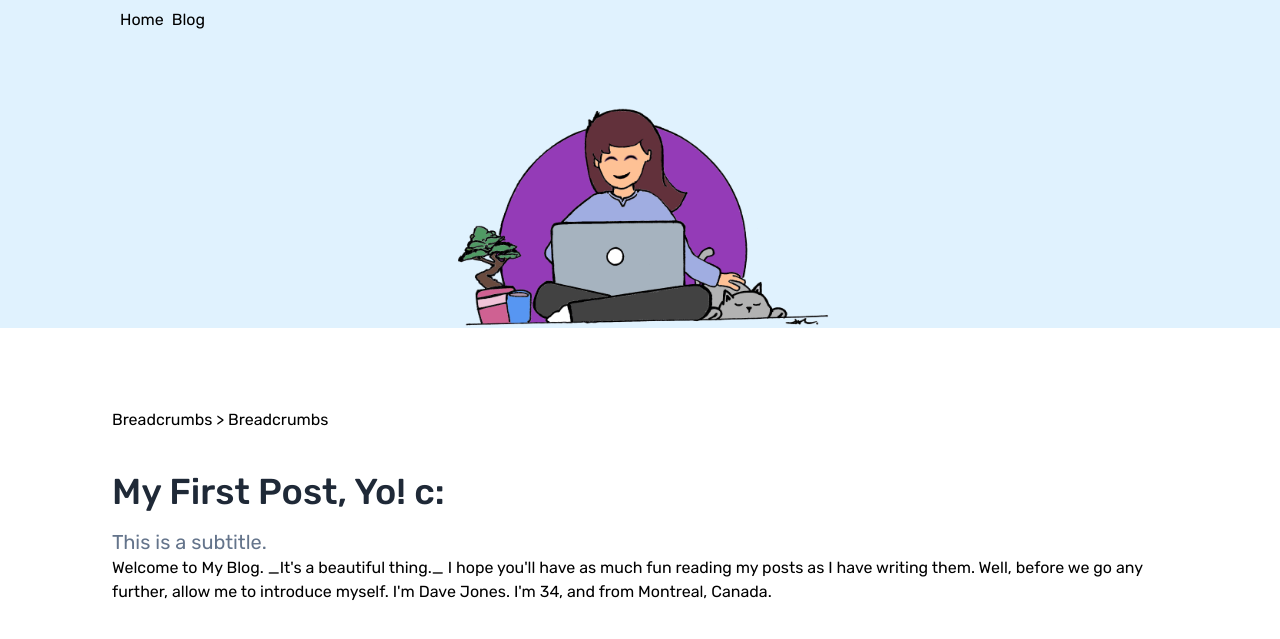
Repository: Risclover/markdown-blog
Page: /posts/1
An editor plug-in stored every save of this project. The page is shown before and after the next save, followed by the edit.
The browser window is 1280 px wide. The pictures show the whole page.
The project was rebuilt for these pictures with package versions that can differ from the ones it lists, and the page was loaded fresh each time. Also part of the build but not shown: src/components/BlogPost.js, src/pages/Home/Categories.js, src/pages/Home/Home.js, src/ErrorBoundary.js.

Above is the page before, as saved 2023-06-30 00:27:49.

After the next save:
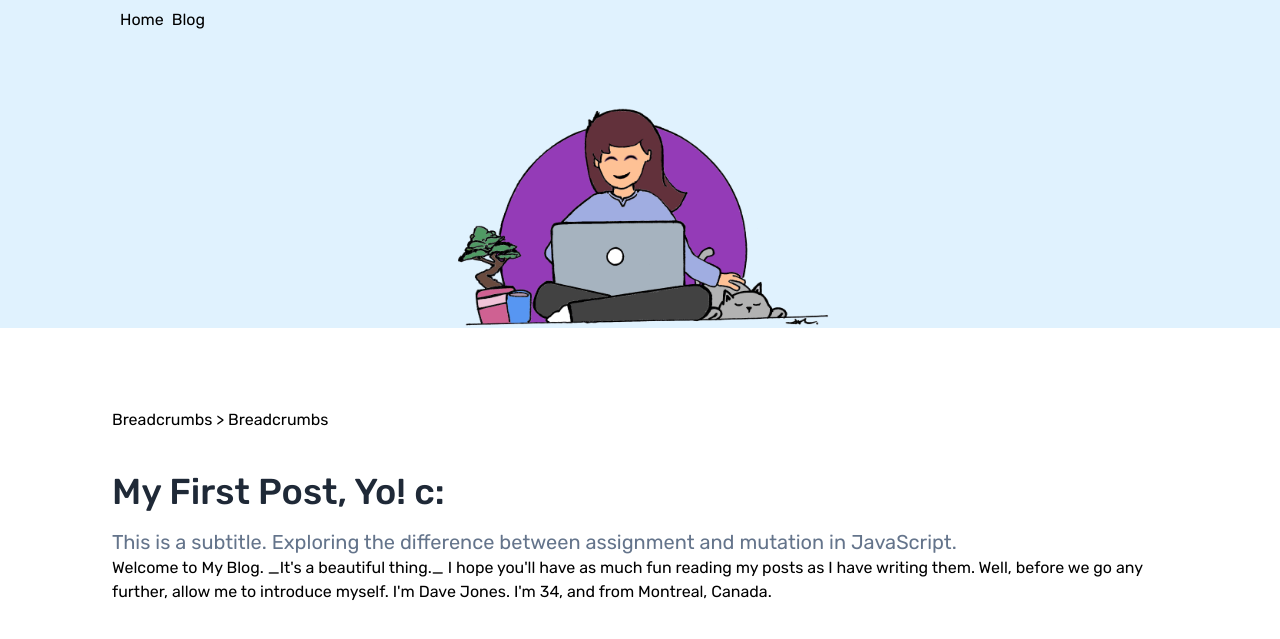
Saved 17 s later.
--- a/src/pages/PostPage/PostPage.js
+++ b/src/pages/PostPage/PostPage.js
@@ -16,7 +16,8 @@ export default function PostPage({ postList }) {
       <div className="mt-20 mb-10">Breadcrumbs &gt; Breadcrumbs</div>
       <div className="text-4xl font-medium text-gray-800">{post?.title} c:</div>
       <div className="mt-4 text-xl font-normal text-slate-500">
-        {post?.subtitle}
+        {post?.subtitle} Exploring the difference between assignment and
+        mutation in JavaScript.
       </div>
       <div>{post?.content}</div>
     </div>
